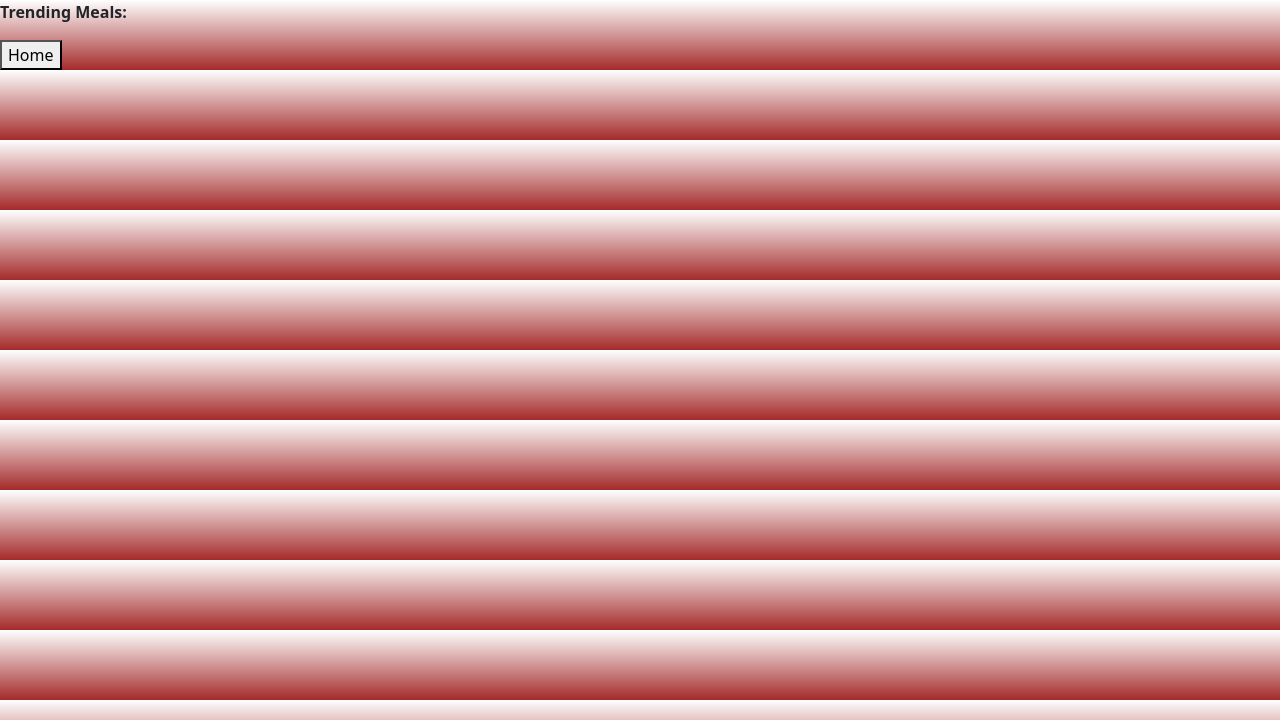
Repository: selvakumar46/Project-Maven
Page: http://localhost/ProjectKFC/TrendMeals.jsp
These files come from the project's save history. The page is drawn as it stood at one moment and after the next save; the edit follows.
The browser window is 1280 px wide. The pictures show the whole page.
The page is served by Tomcat 9. Nobody is signed in. The application's start-up code is not run. Other server files are loaded and not shown. Queries for data that is not in the repository find no rows.

Above is the page before, as saved 2022-01-21 02:00:59.

### ProjectKFC/src/main/webapp/TrendMeals.jsp
<%@page import="com.kfc.daoimpl.ProductDaoImpl"%>
<%@page import="com.kfc.model.Products"%>
<%@page import="java.util.List"%>
<%@ page language="java" contentType="text/html; charset=ISO-8859-1"
    pageEncoding="ISO-8859-1"%>
<!DOCTYPE html>
<html>
<head>
<meta charset="ISO-8859-1">
<title>Trending Meals</title>
<link href="https://cdn.jsdelivr.net/npm/bootstrap@5.1.3/dist/css/bootstrap.min.css" rel="stylesheet">
  <script src="https://cdn.jsdelivr.net/npm/bootstrap@5.1.3/dist/js/bootstrap.bundle.min.js"></script>
<style>
body {
	background: linear-gradient(to top, brown, white);
}

.topnav {
	overflow: auto;
	background-color: rgb(0, 0, 0);
	size: 500px;
	width: 1200px;
	position: relative;
	margin-top: -110px;
	margin-left: 150px;
}

.topnav a {
	float: left;
	color: #ffffff;
	text-align: center;
	padding: 20px 20px;
	font-size: 18px;
}

.topnav-right {
	float: right;
}

.search {
	text-align: center;
	align-self: center;
}

.downnav {
	overflow: auto;
	background-color: rgb(0, 0, 0);
	text-align: center;
	margin-top: 100px;
	/* size: 300px; */
	height: 50px;
	position: relative;
}

.downnav a {
	float: center;
	text-align: center;
	font-size: 18px;
	padding: 20px 20px;
	color: blanchedalmond;
}
</style>
</head>
<body>
<%Products product=new Products();
ProductDaoImpl productDao=new ProductDaoImpl();
List<Products> trend=productDao.showTrending(); %>

	<p>
					<b>Trending Meals:</b>
				</p>
	<table>
		<tbody>
			<tr>

			 <%
 int count = 0;
			 int i=trend.size();
 for (Products meals : trend ) {
 %>

					<td>
						<table id="TrendMeal">
							<tbody>
								<tr>

									<td><span>Meal name: <b> <%=meals.getProductName()%></b>
									</span><br> <span> meal Description: <%=meals.getDescription()%>
									</span><br> <span>meal price: <%=meals.getPrice()%>
									</span><br> <span>Meal Type:<%=meals.getProductType()%>
									</span><br> <span>Meal Status:<%=meals.getProductStatus()%></span><br>

										<span>

										<a href="product.jsp?pname=<%=meals.getProductName() %>" >	<button type="submit"  >Add Cart</button></a>
									</span></td>
								</tr>
							</tbody>
						</table>

				</td>
<%
 count++;

 if (count == 3) {
 %>
			</tr>
			<tr>
				<%
				count = 0;

				}
				}
				%>

			</tr>
		</tbody>
	</table>
	<a href="mainPage.jsp" ><button type="submit">Home</button></a>

</body>
</html>

### ProjectKFC/src/main/java/com/kfc/model/Products.java
package com.kfc.model;

import java.io.Serializable;
import java.util.Objects;

public class Products implements Serializable{
	private int productId;
	private String productName;
	private String description;
	private double price;
	private String productType;
	private String productStatus;
	private String productCatogory;
	private String productImg;

	public String getProductCatogory() {
		return productCatogory;
	}

	public String getProductImg() {
		return productImg;
	}

	public void setProductImg(String productImg) {
		this.productImg = productImg;
	}

	public void setProductCatogory(String productCatogory) {
		this.productCatogory = productCatogory;
	}

	public int getProductId() {
		return productId;
	}

	public void setProductId(int productId) {
		this.productId = productId;
	}

	public String getProductName() {
		return productName;
	}

	public void setProductName(String productName) {
		this.productName = productName;
	}

	public String getDescription() {
		return description;
	}

	public void setDescription(String description) {
		this.description = description;
	}

	public double getPrice() {
		return price;
	}

	public void setPrice(double price) {
		this.price = price;
	}

	public String getProductType() {
		return productType;
	}

	public void setProductType(String productType) {
		this.productType = productType;
	}

	public String getProductStatus() {
		return productStatus;
	}

	public void setProductStatus(String productStatus) {
		this.productStatus = productStatus;
	}

	public Products(int productId, String productName, String description, double price, String productType,
			String productStatus, String productCatogory) {
		super();
		this.productId = productId;
		this.productName = productName;
		this.description = description;
		this.price = price;
		this.productType = productType;
		this.productStatus = productStatus;
		this.productCatogory = productCatogory;
	}

	public Products(int productId, String productName, String description, double price, String productType,
			String productStatus) {
		super();
		this.productId = productId;
		this.productName = productName;
		this.description = description;
		this.price = price;
		this.productType = productType;
		this.productStatus = productStatus;
	}

	public Products(int productId, String productName, String description, double price, String productType,
			String productStatus, String productCatogory, String productImg) {
		super();
		this.productId = productId;
		this.productName = productName;
		this.description = description;
		this.price = price;
		this.productType = productType;
		this.productStatus = productStatus;
		this.productCatogory = productCatogory;
		this.productImg = productImg;
	}

	public Products() {
		super();
	}

	@Override
	public String toString() {
		return "productId=" + productId + ", productName=" + productName + ", description=" + description + ", price="
				+ price + ", productType=" + productType + ", productStatus=" + productStatus;
	}

	@Override
	public int hashCode() {
		return Objects.hash(description, price, productCatogory, productId, productImg, productName, productStatus,
				productType);
	}

	@Override
	public boolean equals(Object obj) {
		if (this == obj)
			return true;
		if (obj == null)
			return false;
		if (getClass() != obj.getClass())
			return false;
		Products other = (Products) obj;
		return Objects.equals(description, other.description)
				&& Double.doubleToLongBits(price) == Double.doubleToLongBits(other.price)
				&& Objects.equals(productCatogory, other.productCatogory) && productId == other.productId
				&& Objects.equals(productImg, other.productImg) && Objects.equals(productName, other.productName)
				&& Objects.equals(productStatus, other.productStatus) && Objects.equals(productType, other.productType);
	}

}

### ProjectKFC/src/main/java/com/kfc/dao/ProductDao.java
package com.kfc.dao;

import java.util.List;

import com.kfc.model.Products;

public interface ProductDao {

	public List<Products> showProduct();

	public Products validateProduct(String selectProduct);

	public boolean deleteProduct(Products products);

	public boolean updateProduct(Products products);

	public boolean insertProducts(Products productInsert);

	public Products validateProduct1(Products product);

	public List<Products> showTrending();

	public List<Products> showBucket();

	public List<Products> showProductAdmin();

	public boolean updatePrice(Products products);

	public List<Products> serachProduct(String proName);

}

### ProjectKFC/src/main/java/com/kfc/daoimpl/ProductDaoImpl.java
package com.kfc.daoimpl;

import java.sql.Connection;
import java.sql.PreparedStatement;
import java.sql.ResultSet;
import java.sql.SQLException;
import java.util.ArrayList;
import java.util.List;

import com.kfc.dao.ProductDao;
import com.kfc.model.Products;
import com.kfc.util.ConnectionUtil;

public class ProductDaoImpl implements ProductDao {
	public List<Products> showProduct() {
		List<Products> listOfProducts = new ArrayList<Products>();
		ResultSet rs = null;
		String query = "select product_id,product_name,description,product_price,product_type,product_status,catogory,product_img from products_kfc where product_status='Available'";
		Connection con = ConnectionUtil.getDBConnection();
		PreparedStatement pstmt = null;
		Products products = null;
		try {
			pstmt = con.prepareStatement(query);
			rs = pstmt.executeQuery(query);
			while (rs.next()) {
				products = new Products(rs.getInt(1), rs.getString(2), rs.getString(3), rs.getInt(4), rs.getString(5),
						rs.getString(6), rs.getString(7), rs.getString(8));
				listOfProducts.add(products);
			}
			return listOfProducts;
		} catch (SQLException e) {
			e.printStackTrace();
		} finally {
			ConnectionUtil.close(pstmt, con, rs);
		}

		return listOfProducts;

	}

	public Products validateProduct(Products products) {
		Products productValid = null;
		ResultSet rs = null;
		String validatePro = "select product_id,product_name,description,product_price,product_type,product_status,catogory,product_img from products_kfc where product_name=?";
		Connection con = ConnectionUtil.getDBConnection();
		PreparedStatement pstmt = null;
		try {
			pstmt = con.prepareStatement(validatePro);
			pstmt.setString(1, products.getProductName());
			rs = pstmt.executeQuery();
			while (rs.next()) {
				productValid = new Products(rs.getInt(1), rs.getString(2), rs.getString(3), rs.getDouble(4),
						rs.getString(5), rs.getString(6), rs.getString(7), rs.getString(8));
			}
			return productValid;
		} catch (SQLException e) {
			e.printStackTrace();
		} finally {
			ConnectionUtil.close(pstmt, con, rs);
		}
		return productValid;

	}

	public boolean deleteProduct(Products products) {

		String delProd = "delete  from products_kfc where product_id=?";
		Connection con = ConnectionUtil.getDBConnection();
		PreparedStatement pstmt = null;
		boolean flag = false;
		try {
			pstmt = con.prepareStatement(delProd);
			pstmt.setInt(1, products.getProductId());

			int i = pstmt.executeUpdate();
			if (i > 0) {
				flag = true;
			} else {
				flag = false;
			}
		} catch (SQLException e) {
			e.printStackTrace();
		} finally {
			ConnectionUtil.close(pstmt, con);
		}

		return flag;
	}

	public boolean updateProduct(Products products) {

		String updateProduct = "update products_kfc set product_status=? where product_name=? ";
		Connection con = ConnectionUtil.getDBConnection();
		PreparedStatement pstmt = null;

		try {
			pstmt = con.prepareStatement(updateProduct);
			pstmt.setString(1, products.getProductStatus());
			pstmt.setString(2, products.getProductName());
			pstmt.executeUpdate();
			return true;
		} catch (SQLException e) {
			e.printStackTrace();
		} finally {
			ConnectionUtil.close(pstmt, con);
		}

		return false;
	}

	public boolean insertProducts(Products productInsert) {

		String insert = "insert into products_kfc(product_name,description,product_price,product_type,product_status,catogory) values (?,?,?,?,?,?)";
		Connection con = ConnectionUtil.getDBConnection();
		PreparedStatement pstmt = null;
		try {
			pstmt = con.prepareStatement(insert);
			pstmt.setString(1, productInsert.getProductName());
			pstmt.setString(2, productInsert.getDescription());
			pstmt.setDouble(3, productInsert.getPrice());
			pstmt.setString(4, productInsert.getProductType());
			pstmt.setString(5, productInsert.getProductStatus());
			pstmt.setString(6, productInsert.getProductCatogory());
			pstmt.executeUpdate();
			return true;
		} catch (SQLException e) {
			e.printStackTrace();
		} finally {
			ConnectionUtil.close(pstmt, con);
		}

		return false;
	}

	public Products validateProduct1(Products product) {
		Products productValid = null;
		ResultSet rs = null;
		String validatePro = "select product_id,product_name,description,product_price,product_type,product_status,catogory,product_img from products_kfc where product_id=?";
		Connection con = ConnectionUtil.getDBConnection();
		PreparedStatement pstmt = null;
		try {
			pstmt = con.prepareStatement(validatePro);
			pstmt.setInt(1, product.getProductId());
			rs = pstmt.executeQuery();
			while (rs.next()) {
				productValid = new Products(rs.getInt(1), rs.getString(2), rs.getString(3), rs.getDouble(4),
						rs.getString(5), rs.getString(6), rs.getString(7), rs.getString(8));
			}
			return productValid;
		} catch (SQLException e) {
			e.printStackTrace();
		} finally {
			ConnectionUtil.close(pstmt, con, rs);
		}
		return productValid;

	}

	public List<Products> showTrending() {
		List<Products> listOfProducts = new ArrayList<Products>();
		ResultSet rs = null;
		String query = "select product_id,product_name,description,product_price,product_type,product_status,catogory,product_img from products_kfc where catogory='Trending' and product_status='Available'";
		Connection con = ConnectionUtil.getDBConnection();
		PreparedStatement pstmt = null;
		Products products = null;
		try {
			pstmt = con.prepareStatement(query);
			rs = pstmt.executeQuery(query);
			while (rs.next()) {
				products = new Products(rs.getInt(1), rs.getString(2), rs.getString(3), rs.getInt(4), rs.getString(5),
						rs.getString(6), rs.getString(7), rs.getString(8));
				listOfProducts.add(products);
			}
			return listOfProducts;
		} catch (SQLException e) {
			e.printStackTrace();
		} finally {
			ConnectionUtil.close(pstmt, con, rs);
		}
		return listOfProducts;

	}

	public List<Products> showBucket() {
		List<Products> listOfProducts = new ArrayList<Products>();
		ResultSet rs = null;
		String query = "select product_id,product_name,description,product_price,product_type,product_status,catogory,product_img from products_kfc where catogory='Bucket Meals' and product_status='Available'";
		Connection con = ConnectionUtil.getDBConnection();
		PreparedStatement pstmt = null;
		Products products = null;
		try {
			pstmt = con.prepareStatement(query);
			rs = pstmt.executeQuery(query);
			while (rs.next()) {
				products = new Products(rs.getInt(1), rs.getString(2), rs.getString(3), rs.getInt(4), rs.getString(5),
						rs.getString(6), rs.getString(7), rs.getString(8));
				listOfProducts.add(products);
			}
			return listOfProducts;
		} catch (SQLException e) {
			e.printStackTrace();
		} finally {
			ConnectionUtil.close(pstmt, con, rs);
		}

		return listOfProducts;

	}

	public List<Products> showProductAdmin() {
		List<Products> listOfProducts = new ArrayList<Products>();
		ResultSet rs = null;
		String query = "select product_id,product_name,description,product_price,product_type,product_status,catogory,product_img from products_kfc ";
		Connection con = ConnectionUtil.getDBConnection();
		PreparedStatement pstmt = null;
		Products products = null;
		try {
			pstmt = con.prepareStatement(query);
			rs = pstmt.executeQuery(query);
			while (rs.next()) {
				products = new Products(rs.getInt(1), rs.getString(2), rs.getString(3), rs.getInt(4), rs.getString(5),
						rs.getString(6), rs.getString(7), rs.getString(8));
				listOfProducts.add(products);
			}
			return listOfProducts;
		} catch (SQLException e) {
			e.printStackTrace();
		} finally {
			ConnectionUtil.close(pstmt, con, rs);
		}
		return listOfProducts;

	}

	public boolean updatePrice(Products products) {

		String updateProduct = "update products_kfc set product_price=? where product_name=? ";
		Connection con = ConnectionUtil.getDBConnection();
		PreparedStatement pstmt = null;
		try {
			pstmt = con.prepareStatement(updateProduct);
			pstmt.setDouble(1, products.getPrice());
			pstmt.setString(2, products.getProductName());
			pstmt.executeUpdate();
			return true;
		} catch (SQLException e) {
			e.printStackTrace();
		} finally {
			ConnectionUtil.close(pstmt, con);
		}

		return false;
	}

	public List<Products> searchProduct(String proName) {
		String pro = "select product_id,product_name,description,product_price,product_type,product_status,catogory,product_img from PRODUCTS_KFC where product_name  like '"
				+ proName + "%'";
		List<Products> listOfProducts = new ArrayList<Products>();
		Products products = null;
		PreparedStatement pstmt = null;
		ResultSet rs = null;
		Connection con = ConnectionUtil.getDBConnection();
		try {
			pstmt = con.prepareStatement(pro);
			rs = pstmt.executeQuery();
			while (rs.next()) {
				products = new Products(rs.getInt(1), rs.getString(2), rs.getString(3), rs.getDouble(4),
						rs.getString(5), rs.getString(6), rs.getString(7), rs.getString(8));

				listOfProducts.add(products);

			}
			return listOfProducts;
		} catch (SQLException e) {
			e.printStackTrace();
		} finally {
			ConnectionUtil.close(pstmt, con, rs);
		}
		return listOfProducts;
	}

	@Override
	public List<Products> serachProduct(String proName) {
		// TODO Auto-generated method stub
		return null;
	}

	@Override
	public Products validateProduct(String selectProduct) {
		// TODO Auto-generated method stub
		return null;
	}

}

### ProjectKFC/src/main/java/com/kfc/util/ConnectionUtil.java
package com.kfc.util;

import java.beans.Statement;
import java.sql.CallableStatement;
import java.sql.Connection;
import java.sql.DriverManager;
import java.sql.PreparedStatement;
import java.sql.ResultSet;
import java.sql.SQLException;

public class ConnectionUtil {
	public static Connection getDBConnection() {
		Connection con = null;
		try {
			Class.forName("oracle.jdbc.OracleDriver");
			String url = "jdbc:oracle:thin:@localhost:1521:xe";
			con = DriverManager.getConnection(url, "system", "oracle");
		} catch (ClassNotFoundException e) {
			// TODO Auto-generated catch block
			e.printStackTrace();
			System.out.println("Driver jar doesn't there");
		} catch (SQLException e) {
			// TODO Auto-generated catch block
			e.printStackTrace();
			System.out.println("url / password / userName may wrong");
		}

		return con;
	}

	public static void close(PreparedStatement pstmt, Connection con) {
		try {
			if (pstmt != null) {
				pstmt.close();
			}
			if (con != null) {
				con.close();
			}
		} catch (SQLException e) {
			System.out.println(e.getMessage());
		}
	}

	public static void closeStatement(CallableStatement cstmt, Connection con, ResultSet rs) {
		try {
			if (rs != null) {
				rs.close();
			}
			if (cstmt != null) {
				cstmt.close();
			}
			if (con != null) {
				con.close();
			}
		} catch (SQLException e) {
			System.out.println(e.getMessage());
		}
	}

	public static void close(PreparedStatement pstmt, Connection con, ResultSet rs) {
		try {
			if (rs != null) {
				rs.close();
			}
			if (pstmt != null) {
				pstmt.close();
			}
			if (con != null) {
				con.close();
			}
		} catch (SQLException e) {
			System.out.println(e.getMessage());
		}
	}

}

After the next save:
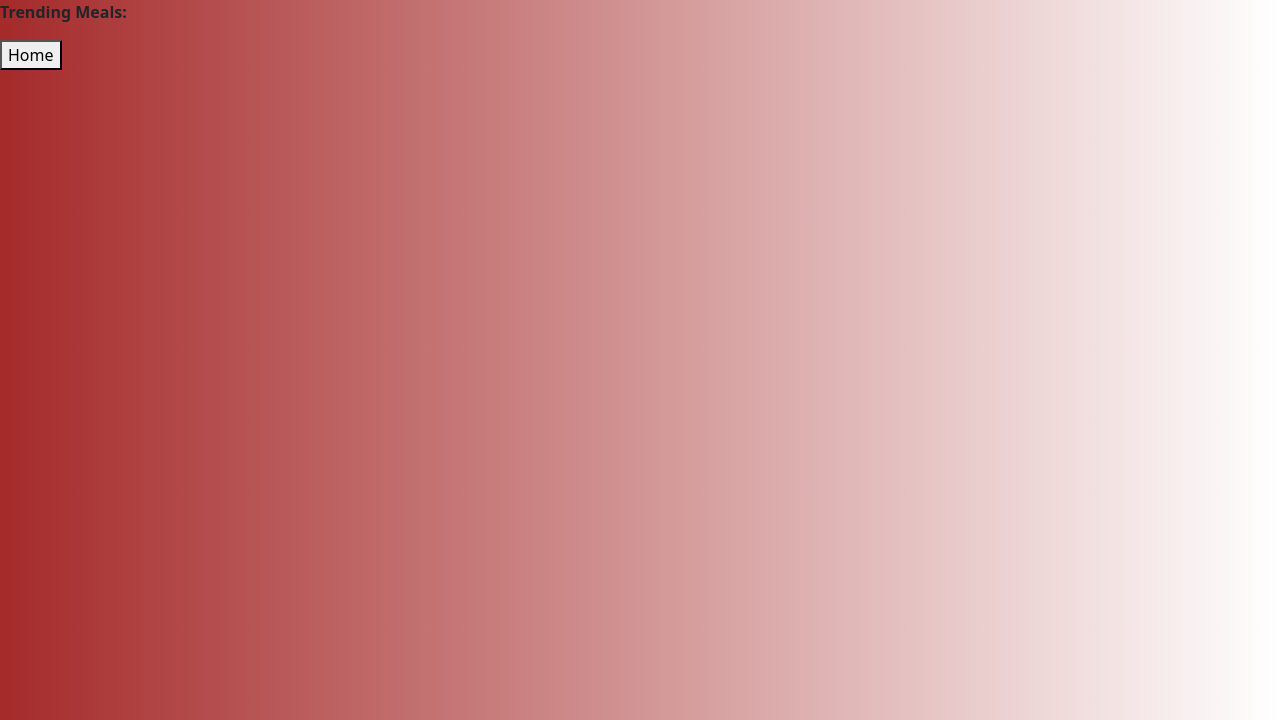
Saved 31 s later.
--- a/ProjectKFC/src/main/webapp/TrendMeals.jsp
+++ b/ProjectKFC/src/main/webapp/TrendMeals.jsp
@@ -12,52 +12,19 @@
   <script src="https://cdn.jsdelivr.net/npm/bootstrap@5.1.3/dist/js/bootstrap.bundle.min.js"></script>
 <style>
 body {
-	background: linear-gradient(to top, brown, white);
+	background:linear-gradient(to right,brown,white);
 }
-
-.topnav {
-	overflow: auto;
-	background-color: rgb(0, 0, 0);
-	size: 500px;
-	width: 1200px;
-	position: relative;
-	margin-top: -110px;
-	margin-left: 150px;
+.container{
+	margin-top:270px;
 }
-
-.topnav a {
-	float: left;
-	color: #ffffff;
-	text-align: center;
-	padding: 20px 20px;
-	font-size: 18px;
-}
-
-.topnav-right {
-	float: right;
-}
-
-.search {
-	text-align: center;
-	align-self: center;
-}
-
-.downnav {
-	overflow: auto;
-	background-color: rgb(0, 0, 0);
-	text-align: center;
-	margin-top: 100px;
-	/* size: 300px; */
-	height: 50px;
-	position: relative;
-}
-
-.downnav a {
-	float: center;
-	text-align: center;
-	font-size: 18px;
-	padding: 20px 20px;
-	color: blanchedalmond;
+label {
+        display: inline-block;
+        width: 155px;
+        text-align: right;
+        margin-left:-50px; ;
+      }
+      button {
+	margin-right:-80px; ;
 }
 </style>
 </head>

After the save that followed:
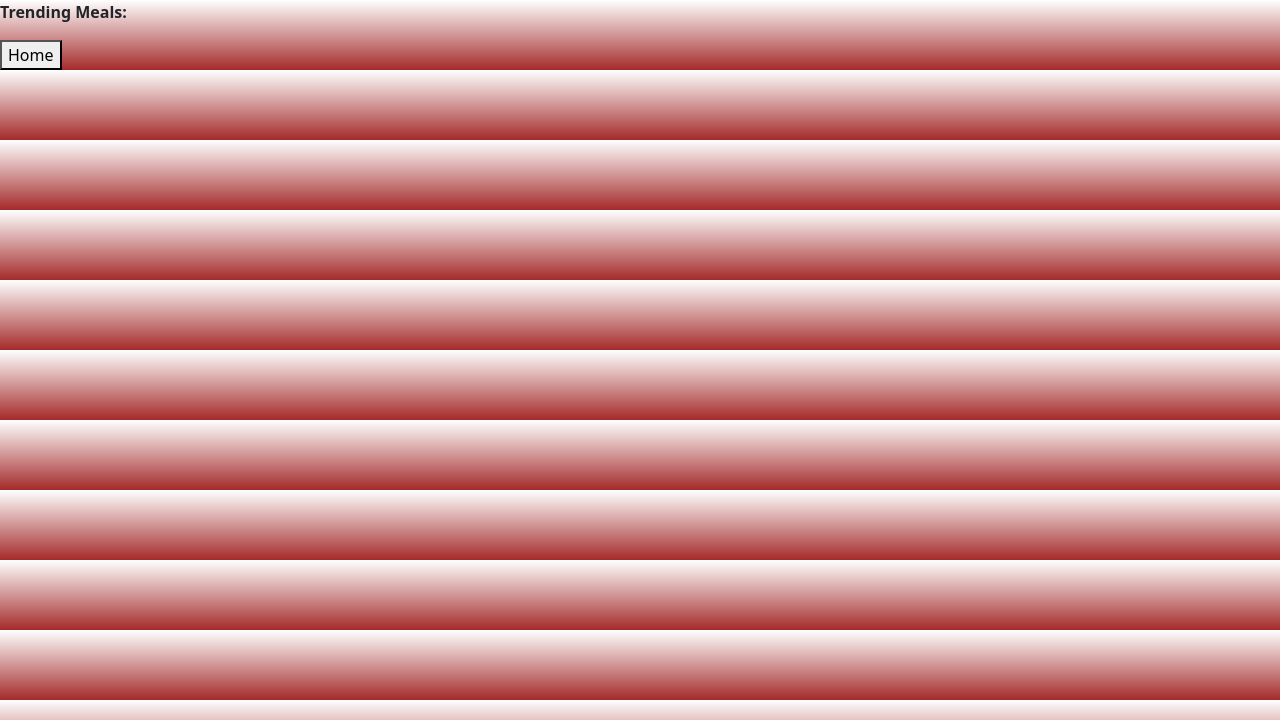
Saved 20 s later.
--- a/ProjectKFC/src/main/webapp/TrendMeals.jsp
+++ b/ProjectKFC/src/main/webapp/TrendMeals.jsp
@@ -12,19 +12,52 @@
   <script src="https://cdn.jsdelivr.net/npm/bootstrap@5.1.3/dist/js/bootstrap.bundle.min.js"></script>
 <style>
 body {
-	background:linear-gradient(to right,brown,white);
+	background: linear-gradient(to top, brown, white);
 }
-.container{
-	margin-top:270px;
+
+.topnav {
+	overflow: auto;
+	background-color: rgb(0, 0, 0);
+	size: 500px;
+	width: 1200px;
+	position: relative;
+	margin-top: -110px;
+	margin-left: 150px;
 }
-label {
-        display: inline-block;
-        width: 155px;
-        text-align: right;
-        margin-left:-50px; ;
-      }
-      button {
-	margin-right:-80px; ;
+
+.topnav a {
+	float: left;
+	color: #ffffff;
+	text-align: center;
+	padding: 20px 20px;
+	font-size: 18px;
+}
+
+.topnav-right {
+	float: right;
+}
+
+.search {
+	text-align: center;
+	align-self: center;
+}
+
+.downnav {
+	overflow: auto;
+	background-color: rgb(0, 0, 0);
+	text-align: center;
+	margin-top: 100px;
+	/* size: 300px; */
+	height: 50px;
+	position: relative;
+}
+
+.downnav a {
+	float: center;
+	text-align: center;
+	font-size: 18px;
+	padding: 20px 20px;
+	color: blanchedalmond;
 }
 </style>
 </head>
